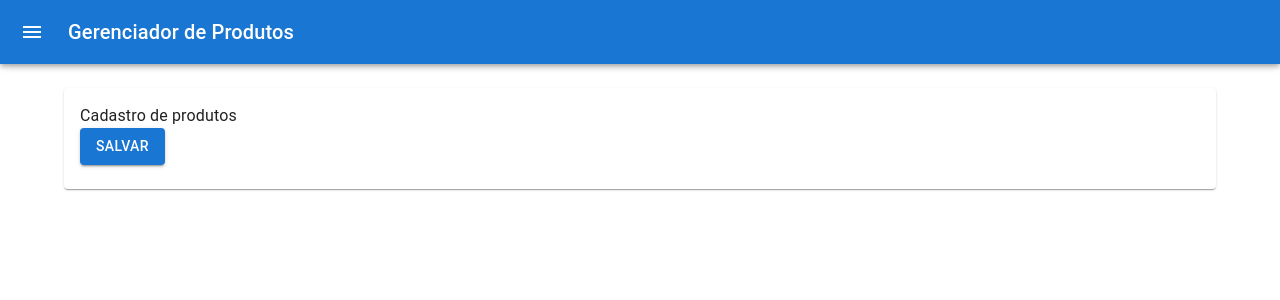
Repository: KennedyWanderson/crud-web
Page: /
These files come from the project's save history. The page is drawn as it stood at one moment and after a run of saves; the edit follows.
The browser window is 1280 px wide. The pictures show the whole page.
The project was rebuilt for these pictures with package versions that can differ from the ones it lists, and the page was loaded fresh each time. Also part of the build but not shown: src/Components/ProductList.js, src/Components/CategoryRegister.js, src/Components/CategotyList.js.

Above is the page before, as saved 2023-11-15 16:02:02.

After the next 2 saves:
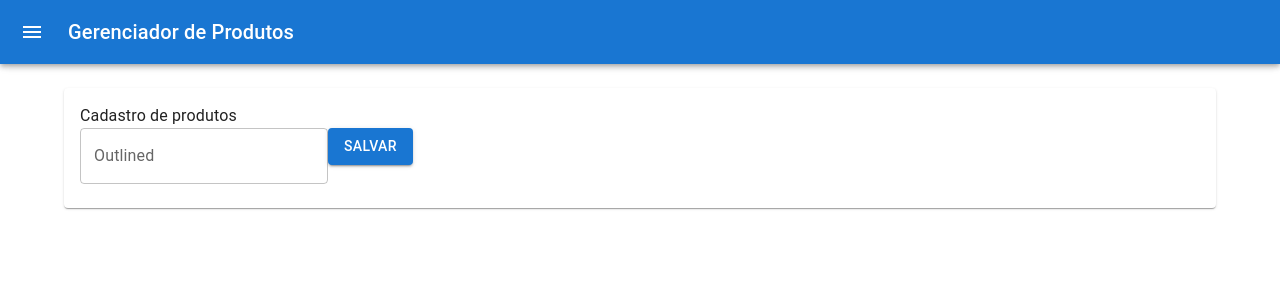
The 2 saves are shown as one change because 1 did not build or start.
The last was saved 68 s later.
--- a/src/Components/ProductRegister.js
+++ b/src/Components/ProductRegister.js
@@ -1,4 +1,4 @@
-import { Card, CardContent, Button } from "@mui/material";
+import { Card, CardContent, Button, TextField } from "@mui/material";
 import React from "react";
 
 function ProductRegister(props){
@@ -6,6 +6,7 @@ function ProductRegister(props){
         <Card>
             <CardContent>
                 <div>{props.text}</div>
+                <TextField id="outlined-basic" label="Outlined" variant="outlined" />
                 <Button variant="contained">Salvar</Button>
             </CardContent>
 
